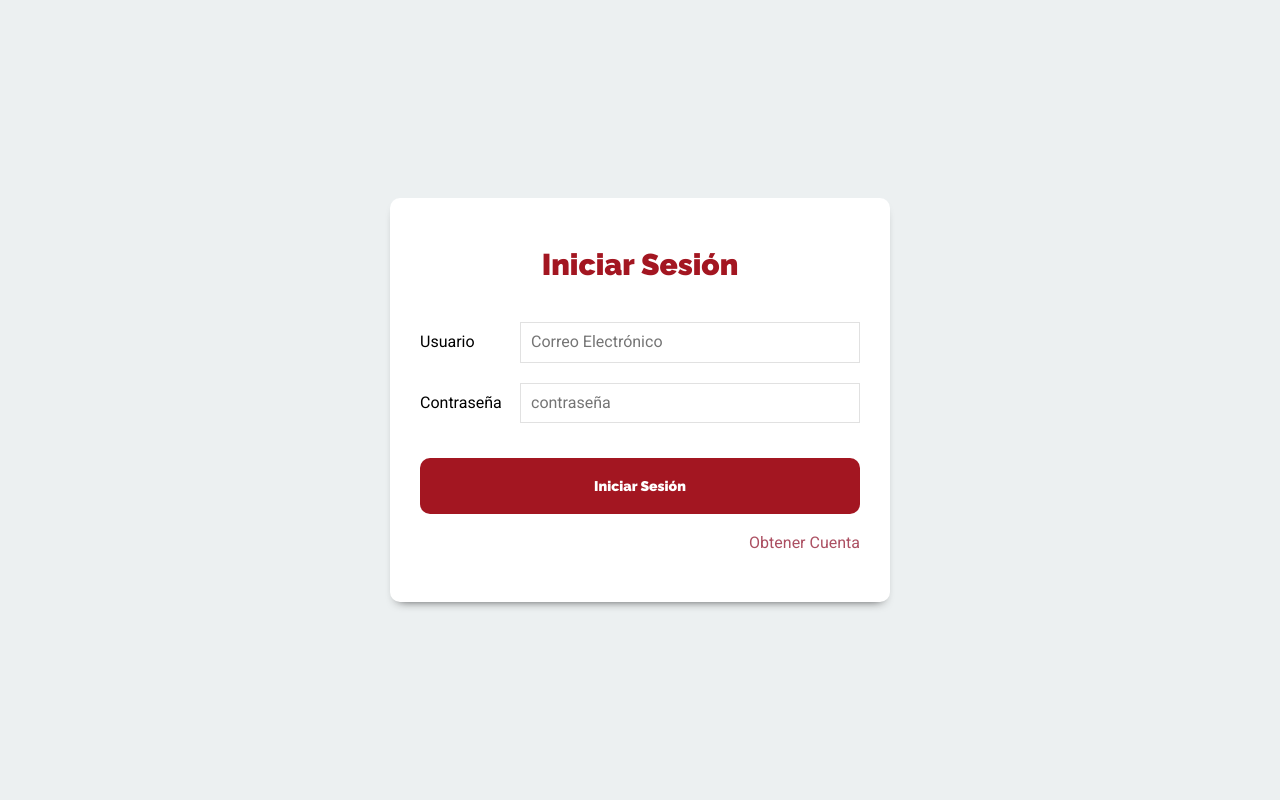
Repository: andrescovarrubias/admin-proyectos
Page: / (app in cliente/)
An editor plug-in stored every save of this project. The page is shown before and after the next save, followed by the edit.
The browser window is 1280 px wide. The pictures show the whole page.
The project was rebuilt for these pictures with package versions that can differ from the ones it lists, and the page was loaded fresh each time. Also part of the build but not shown: cliente/src/components/auth/NuevaCuenta.jsx, cliente/src/components/layout/SideBar.jsx, cliente/src/components/proyectos/Proyectos.jsx.

Above is the page before, as saved 2020-10-31 17:07:29.

After the next save:
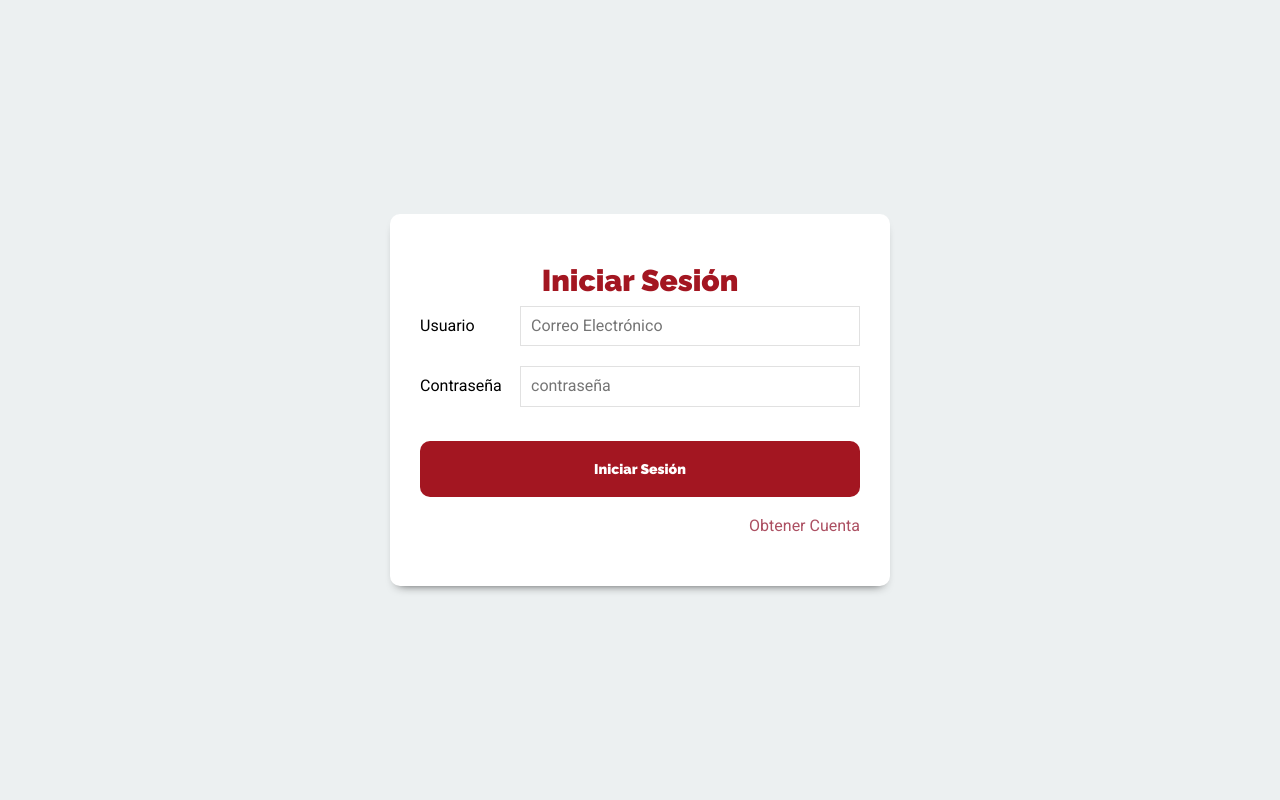
Saved 48 s later.
--- a/cliente/src/index.css
+++ b/cliente/src/index.css
@@ -34,7 +34,7 @@
 h2 {
   font-family: var(--headingFont);
   font-weight: 900;
-  margin: 0 0 4rem 0;
+  margin: 0 0 1vh 0;
   text-align: center;
   color: var(--rojo);
 }

After the save that followed:
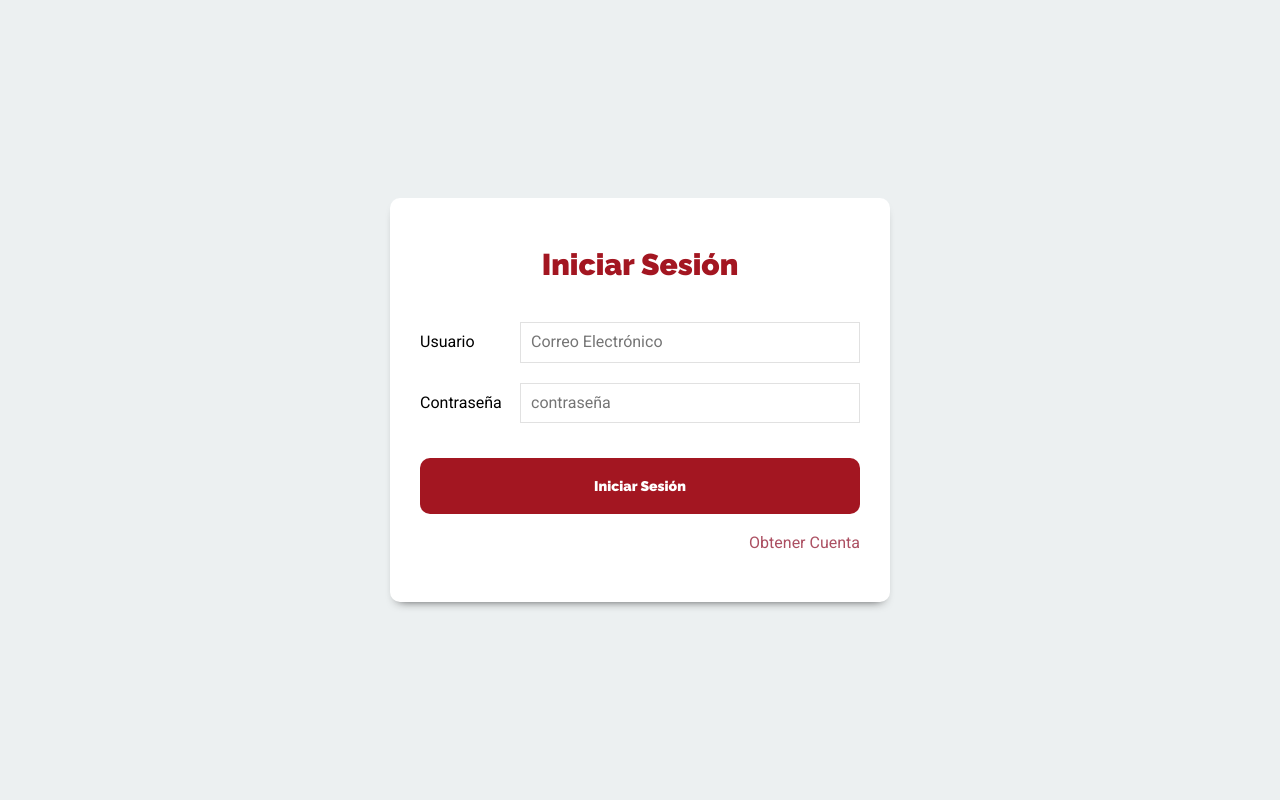
Saved 12 s later.
--- a/cliente/src/index.css
+++ b/cliente/src/index.css
@@ -34,7 +34,7 @@
 h2 {
   font-family: var(--headingFont);
   font-weight: 900;
-  margin: 0 0 1vh 0;
+  margin: 0 0 4rem 0;
   text-align: center;
   color: var(--rojo);
 }
